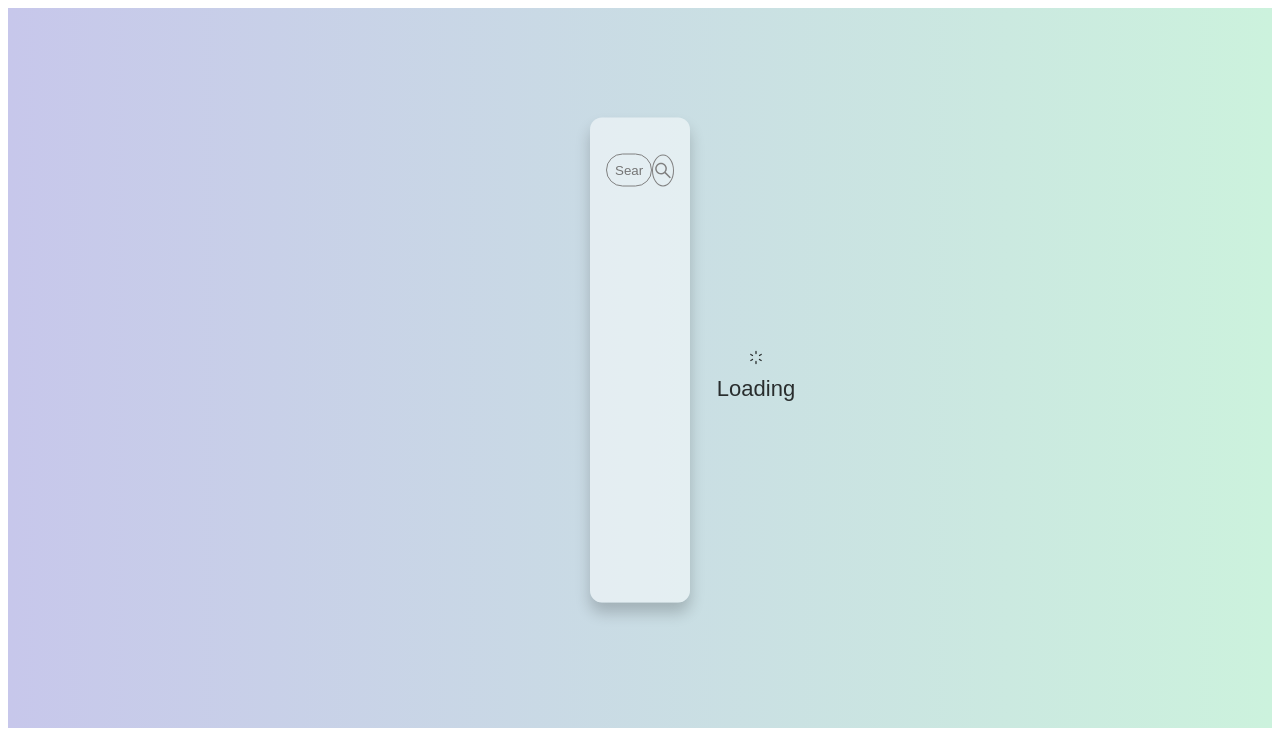
Repository: vaishnavik94/WeatherAPP
Page: /
The author's editor kept a copy of each file at every save. The page is drawn from the files as they stood at one save, then again after the next save.
The browser window is 1280 px wide. The pictures show the whole page.
The page's requests for data from a server got no answer. The project was rebuilt for these pictures with package versions that can differ from the ones it lists, and the page was loaded fresh each time. No one was signed in, and anything a server would have sent is missing.

Above is the page before, as saved 2024-04-18 16:39:24.

### public/index.html
<!DOCTYPE html>
<html lang="en">

  <head>
    <meta charset="utf-8" />
    <meta name="viewport" content="width=device-width, initial-scale=1" />
    <meta name="theme-color" content="#000000" />
    <meta name="description" content="Web site created using create-react-app"/>

    <title>React App</title>
  </head>

  <body>
    <noscript>You need to enable JavaScript to run this app.</noscript>
    <div id="root"></div>

  </body>

</html>

### src/App.tsx
import React from 'react';
import './App.css';
import DisplayWeather from './components/DisplayWeather';

function App() {
  return (
    <div className="App">
      <DisplayWeather/>
    </div>
  );
}

export default App;

### src/components/DisplayWeather.tsx
import React from 'react'
import { MainWrapper } from './styles.module'
import { AiOutlineSearch } from "react-icons/ai";
import { WiHumidity } from "react-icons/wi";
import { BiWind } from "react-icons/bi";
import { RiLoaderFill } from "react-icons/ri";
import { TiWeatherPartlySunny } from "react-icons/ti";
import { BsFillSunFill, BsFillCloudFill, BsFillCloudRainFill, BsCloudFog2Fill, BsCloudyFill } from "react-icons/bs";
import axios, { Axios } from 'axios';


interface WeatherDataProps{
    name: string;

    main: {
        temp: number;
        humidity: number;
    };
    sys: {
        country: string;
    };

    wind: {
        speed:number;
    };
    weather: {
        main: string;
    }[];
}

const DisplayWeather = () => {

    const api_key="0cc86d16bf572f78cdc96c096c7627e5";
    const api_Endpoint = "https://api.openweathermap.org/data/2.5/";

    const [weatherData, setWeatherData] = React.useState<WeatherDataProps | null>(null);

    const [isLoading, setLoading] = React.useState(false);

    const fetchCurrentWeather = async (lat:number, lon:number) =>{
        const url = `${api_Endpoint}weather?lat=${lat}&lon=${lon}&appid=${api_key}&units=metric`;
        const response = await axios.get(url);

        return response.data;
    };

    const iconChanger = (weather:string) => {
        let iconElement: React.ReactNode;
        let iconColor:string;

        switch(weather) {
            case "Rain":
                iconElement = <BsFillCloudRainFill/>
                iconColor="#272829"
                break;

            case "Clear":
                iconElement = <BsFillSunFill/>
                iconColor="#ffc436"
                break;

            case "Clouds":
                iconElement = <BsCloudyFill/>
                iconColor="#102c57"
                break;

            case "Mist":
                iconElement = <BsCloudFog2Fill/>
                iconColor="#279eff"
                break;

            default :
                iconElement = <TiWeatherPartlySunny/>
                iconColor="#782869"
        }

        return (
            <span className="icon" style={{color:iconColor}}>
                {iconElement}
            </span>
        )
    }
    React.useEffect(() =>{
        navigator.geolocation.getCurrentPosition((position) => {
            const { latitude, longitude} = position.coords;
            Promise.all([fetchCurrentWeather(latitude,longitude)]).then(
                ([currentWeather]) => {
                    setWeatherData(currentWeather);
                    setLoading(true);
                    console.log(currentWeather);
                }
            );
        });
    });

  return (
    <MainWrapper>

        <div className="container">
            <div className="searchArea">
                <input type="text" placeholder='Search City...' id="cityInput"/>
                <div className="searchCircle">
                    <AiOutlineSearch className='searchIcon' />
                </div>
            </div>


            {weatherData && isLoading ?(
                <>
                    <div className="weatherArea">
                        <h1>{weatherData.name}</h1>
                        <span>{weatherData.sys.country}</span>
                        <div className="icon">
                            {iconChanger(weatherData.weather[0].main)}
                        </div>
                        <h1>{weatherData.main.temp.toFixed(0)}</h1>
                        <h2>{weatherData.weather[0].main}</h2>
                    </div>

                    <div className="bottomInfoArea">
                        <div className="humidityLevel">
                            <WiHumidity className='windIcon'/>
                            <div className="humidInfo">
                                <h1>{weatherData.main.humidity}%</h1>
                                <p>Humidity</p>
                            </div>
                        </div>

                        <div className="windLevel">
                            <BiWind className='windIcon'/>
                            <div className="windInfo">
                                <h1>{weatherData.wind.speed}km/h</h1>
                                <p>Wind Speed</p>
                            </div>
                        </div>

                    </div>
                </>
            ):(
                <div className="loading">
                    <RiLoaderFill className='"loadingIcon'/>
                    <p>Loading</p>
                </div>
            )}

        </div>

    </MainWrapper>
  );
};

export default DisplayWeather

### src/components/styles.module.ts
import styled from "styled-components";


export const MainWrapper = styled.div`
height: 100vh;

background: linear-gradient(to right, #c7c7eb, #ccf2dd);
.container {
width:100px;
background-color: #ffffff7d;
border-radius: 12px;
padding: 1rem;
position: absolute;
top: 50%;
left: 50%;
transform: translate(-50%, -50%);
box-shadow: 0 10px 15px rgb(0 0 0 / 20%);
box-sizing: border-box;
color: rgba(0, 0, 0, 0.8);
background-blend-mode: overlay;
justify-content: space-between;
align-items: center;
flex-direction: column;
position: absolute;
}


.searchArea {
margin-top: 20px;
display: flex;
justify-content: space-evenly;
align-items: center;
width: 100%;
}


.searchArea > input {
outline: none;
border: none;
border: 1px solid grey;
padding: 8px;
border-radius: 20px;
text-align: center;
width: 80%;
background: transparent;
}
.searchCircle {
border: 1px solid grey;
width: 30px; /* Adjust the width of the circle as needed */
height: 30px; /* Ensure the height matches the width for a perfect circle */
border-radius: 50%;
display: flex;
justify-content: center;
align-items: center;
cursor: pointer;


> .searchIcon {
font-size: 20px;
color: grey;
}
}


.weatherArea {
display: flex;
align-items: center;
flex-direction: column;
margin: 0;


> .icon {
font-size: 7rem;


/* DO LATER NOT WHEN CREATING UI */
}


> h1 {
font-size: 2.5rem;
font-family: "Bebas Neue", sans-serif;
margin: 10px 0;
}


> span {
font-family: "Inter", sans-serif;
}


> h2 {
font-size: 1.5rem;
font-family: "Inter", sans-serif;
font-weight: 400;
}
}


.bottomInfoArea {
display: flex;
align-items: center;
justify-content: space-around;
font-family: "Josefin Sans", sans-serif;
background: linear-gradient(
90deg,
rgba(243, 255, 253, 1) 0%,
rgba(253, 255, 232, 1) 100%
);
border-radius: 12px;
padding: 5px;
}
.humidityLevel,
.wind {
display: flex;
align-items: center;
margin: 0 20px;
font-size: 1rem;



> .humidIcon {
font-size: 4rem;
}
}


.windIcon {
font-size: 3rem;
margin-right: 10px;
}


.loading {
height: 400px;
width: 300px;
display: flex;
flex-direction: column;
justify-content: center;
align-items: center;
z-index: 9999;


.loadingIcon {
font-size: 3rem;
/* DO LATER NOT WHEN CREATING UI */
animation: spin 2s linear infinite;
}
p {
font-size: 22px;
margin-top: 10px;
font-family: "Josefin Sans", sans-serif;
}
}


/* DO LATER NOT WHEN CREATING UI */
@keyframes spin {
from {
transform: rotate(0deg);
}
to {
transform: rotate(360deg);
}
}
`;

Loaded but not shown: src/index.tsx (common file); src/App.css (common file)

After the next save:
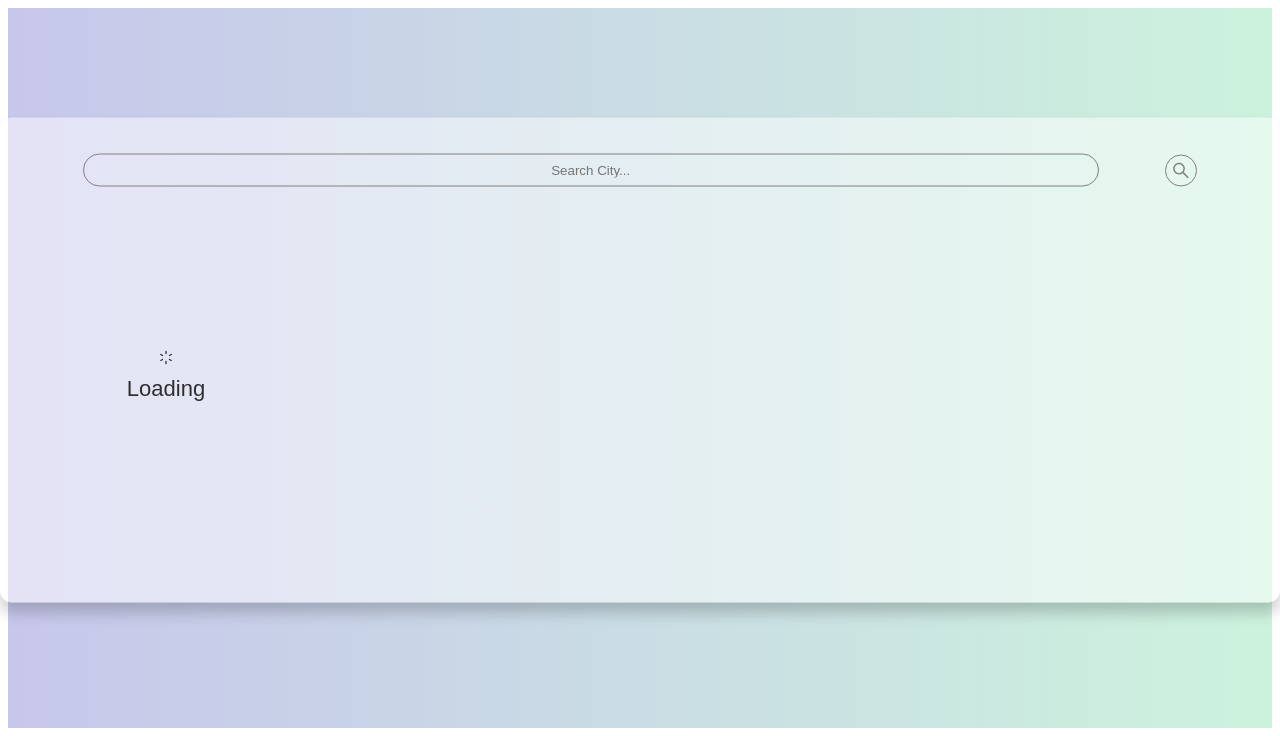
Saved 8 s later.
--- a/src/components/styles.module.ts
+++ b/src/components/styles.module.ts
@@ -6,7 +6,7 @@ height: 100vh;
 
 background: linear-gradient(to right, #c7c7eb, #ccf2dd);
 .container {
-width:100px;
+width:100%;
 background-color: #ffffff7d;
 border-radius: 12px;
 padding: 1rem;
